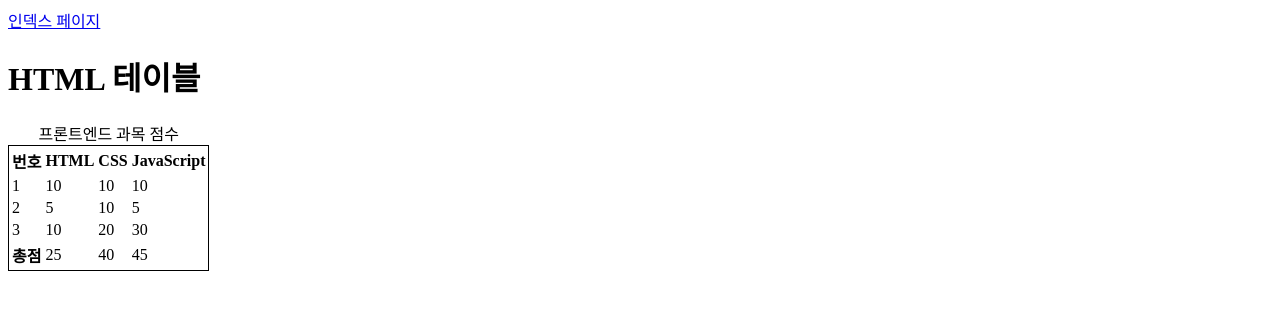
Repository: Sid0130/HTML
Page: lab-web/lab01_html/src/main/webapp/table.html
These files come from the project's save history. The page is drawn as it stood at one moment and after the next save; the edit follows.
The browser window is 1280 px wide. The pictures show the whole page.

Above is the page before, as saved 2024-12-03 07:23:23.

### lab-web/lab01_html/src/main/webapp/table.html
<!DOCTYPE html>
<html>
	<head>
		<meta charset="UTF-8">
		<title>Lab01</title>

        <!-- CSS 설정: -->
        <style>
            table {
                border: 1px solid black;

            }
        </style>
	</head>
	<body>
		<a href="index.html">인덱스 페이지</a>

        <h1>HTML 테이블</h1>

        <table>
            <caption>프론트엔드 과목 점수</caption>
                <thead> <!-- table header(표 머릿글): 컬럼 이름 -->
                    <tr> <!-- table row(표 행) -->
                        <th>번호</th> <!-- table cell header -->
                        <th>HTML</th>
                        <th>CSS</th>
                        <th>JavaScript</th>
                    </tr>
                </thead>
                <tbody> <!-- table body(표 몸통) -->
                    <tr>
                        <td>1</td><!-- table cell data -->
                        <td>10</td>
                        <td>10</td>
                        <td>10</td>
                    </tr>
                    <tr>
                        <td>2</td>
                        <td>5</td>
                        <td>10</td>
                        <td>5</td>
                    </tr>
                    <tr>
                        <td>3</td>
                        <td>10</td>
                        <td>20</td>
                        <td>30</td>
                    </tr>
                </tbody>
                <tfoot> <!-- table footer(표 꼬릿글) -->
                    <tr>
                        <th>총점</th>
                        <td>25</td>
                        <td>40</td>
                        <td>45</td>
                    </tr>
                </tfoot>
        </table>
	</body>
</html>

After the next save:
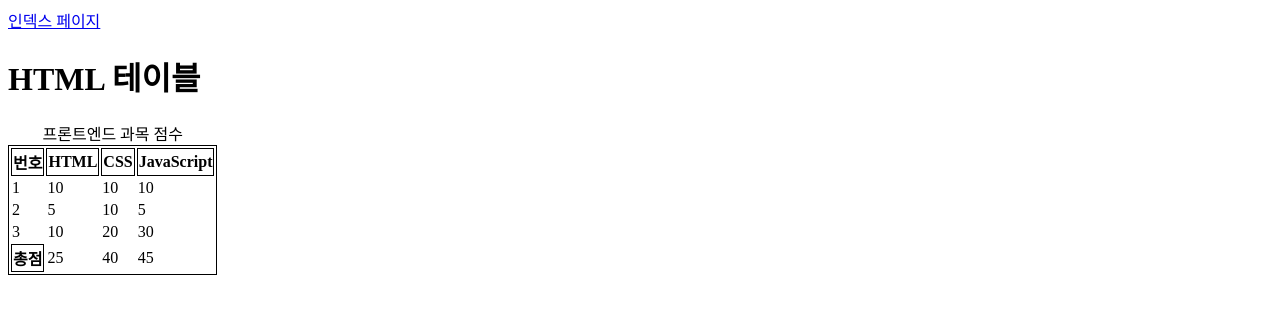
Saved 48 s later.
--- a/lab-web/lab01_html/src/main/webapp/table.html
+++ b/lab-web/lab01_html/src/main/webapp/table.html
@@ -6,7 +6,7 @@
 
         <!-- CSS 설정: -->
         <style>
-            table {
+            table, th {
                 border: 1px solid black;
 
             }
